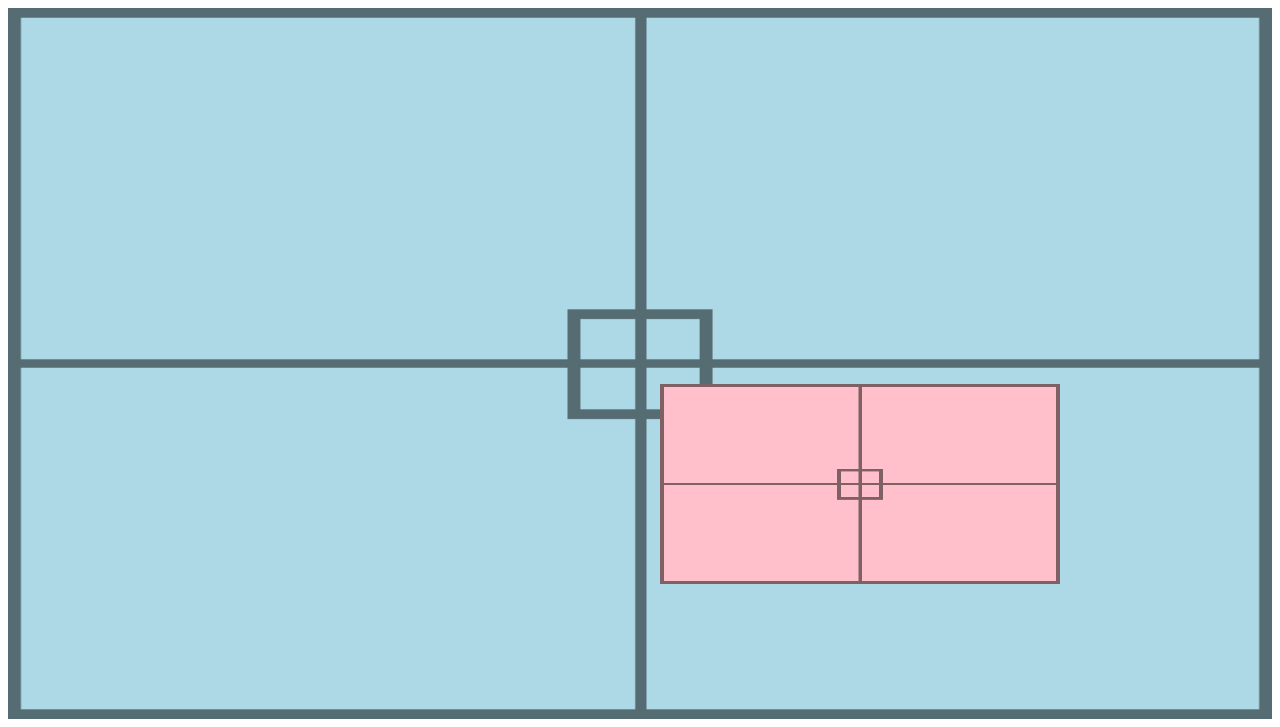
Repository: Codigo404q/html-css
Page: exercicios/ex022/fundo007.html
These files come from the project's save history. The page is drawn as it stood at one moment and after the next save; the edit follows.
The browser window is 1280 px wide. The pictures show the whole page.

Above is the page before, as saved 2024-01-06 21:47:55.

After the next save:
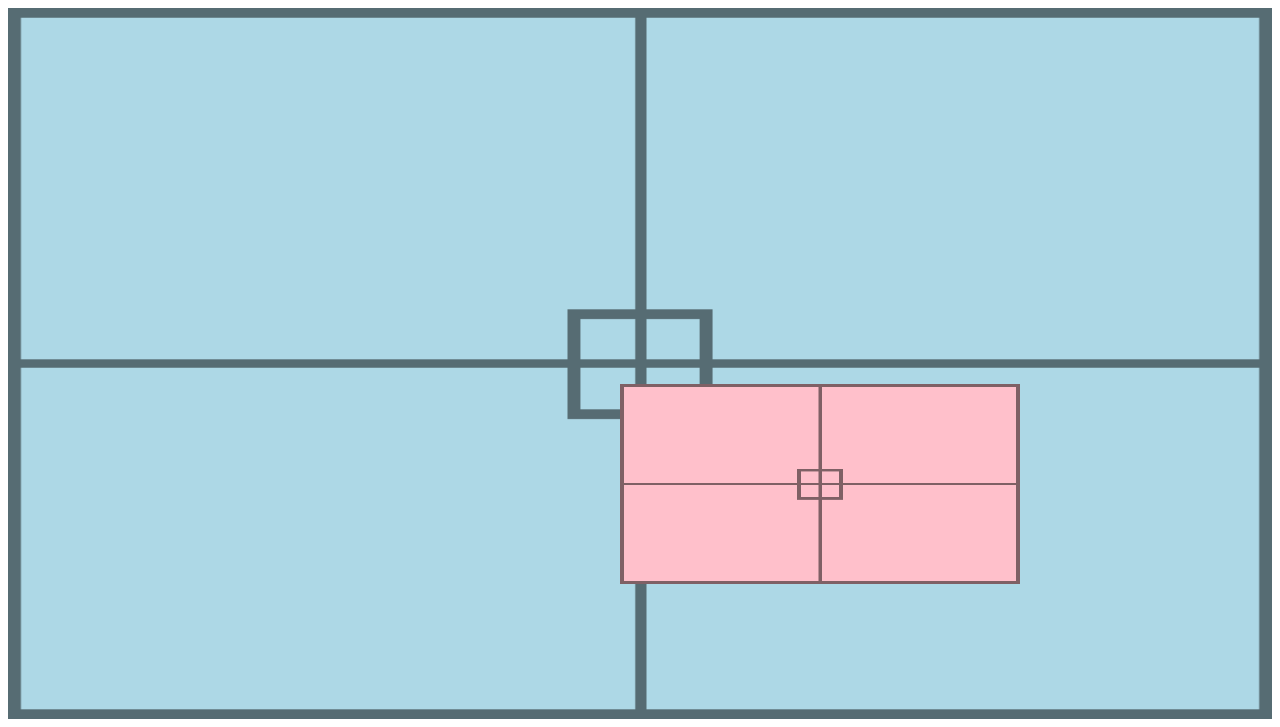
Saved 12 s later.
--- a/exercicios/ex022/fundo007.html
+++ b/exercicios/ex022/fundo007.html
@@ -26,7 +26,7 @@
             left: 50%;
             top: 50%;
 
-            transform: translate(20px, 20px);
+            transform: translate(-20px, 20px);
         }
     </style>
 </head>
